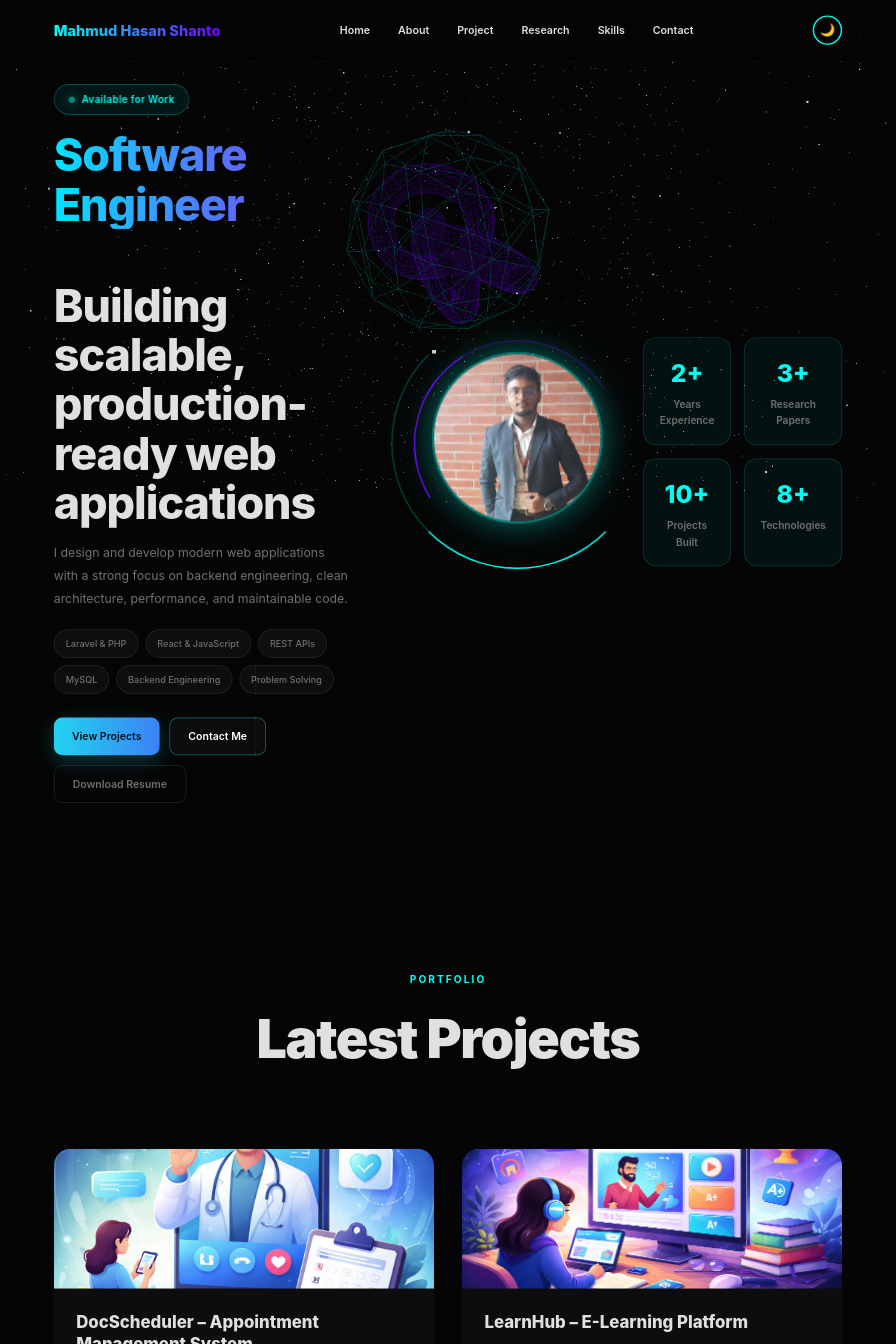
Repository: CoderShanto/Portfolio-Website
Page: index.html
An editor plug-in stored every save of this project. The page is shown before and after the next save, followed by the edit.
The browser window is 1280 px wide. The pictures show the part of the page from y = 0 to 1920 px (the page is 6463 px tall), at 70% of full size.

Above is the page before, as saved 2026-03-31 03:53:04.

### index.html
<!DOCTYPE html>
<html lang="en">

<head>
    <meta charset="UTF-8">
    <meta name="viewport" content="width=device-width, initial-scale=1.0">
    <title>Mahmud Hasan Shanto - Portfolio</title>
    <link rel="stylesheet" href="style.css">
</head>

<body data-theme="dark">

    <canvas id="bg-canvas"></canvas>

    <nav>
        <div class="logo">Mahmud Hasan Shanto</div>
        <ul class="menu">
            <li><a href="#home">Home</a></li>
            <li><a href="#about">About</a></li>
            <li><a href="#work">Project</a></li>
            <li><a href="#research">Research</a></li>
            <li><a href="#skills">Skills</a></li>
            <li><a href="#contact">Contact</a></li>
        </ul>
        <button class="theme-toggle" onclick="switchTheme()">🌙</button>
    </nav>

    <!-- ─── HERO ─── -->
    <section class="hero" id="home">
        <div class="hero-container">

            <!-- LEFT: text -->
            <div class="hero-left">
                <p class="hero-badge">
                    <span class="badge-dot"></span> Available for Work
                </p>

                <h1 class="hero-title">
                    <span class="gradient-text">Software Engineer</span><br>
                    Building scalable, production-ready web applications
                </h1>

                <p class="hero-description">
                    I design and develop modern web applications with a strong focus on backend
                    engineering, clean architecture, performance, and maintainable code.
                </p>

                <div class="hero-tags">
                    <span>Laravel & PHP</span>
                    <span>React & JavaScript</span>
                    <span>REST APIs</span>
                    <span>MySQL</span>
                    <span>Backend Engineering</span>
                    <span>Problem Solving</span>
                </div>

                <div class="hero-buttons">
                    <a href="#work" class="btn btn-primary">View Projects</a>
                    <a href="#contact" class="btn btn-secondary">Contact Me</a>
                    <a href="./mahmud-hasan-shanto-cv.pdf" class="btn btn-outline"
                        download="Mahmud_Hasan_Shanto_CV.pdf">
                        Download Resume
                    </a>
                </div>
            </div>

            <!-- RIGHT: profile image -->
            <div class="hero-right">
                <div class="hero-img-wrapper">
                    <div class="hero-img-ring hero-img-ring--outer"></div>
                    <div class="hero-img-ring hero-img-ring--inner"></div>
                    <img src="assets/ss.jpg" alt="Mahmud Hasan Shanto" class="hero-profile-img">
                    <div class="hero-img-glow"></div>
                </div>
            </div>

        </div>
        <div class="profile-stats">
            <div class="stat-card">
                <div class="stat-number">2+</div>
                <div class="stat-label">Years Experience</div>
            </div>
            <div class="stat-card">
                <div class="stat-number">3+</div>
                <div class="stat-label">Research Papers</div>
            </div>
            <div class="stat-card">
                <div class="stat-number">10+</div>
                <div class="stat-label">Projects Built</div>
            </div>
            <div class="stat-card">
                <div class="stat-number">8+</div>
                <div class="stat-label">Technologies</div>
            </div>
        </div>
    </section>

    <!-- ─── ABOUT ─── -->
    <!-- <section id="about">
        <div class="section-top reveal">
            <div class="section-label">Profile</div>
            <h2 class="section-heading">About Me</h2>
        </div>
        <div class="profile-container reveal">
            <div class="profile-image-container">
                <img src="assets/ss.jpg" alt="Mahmud Hasan Shanto" class="profile-image">
                <div class="profile-badge">Available for Work</div>
            </div>
            <div class="profile-content">
                <h3 class="profile-title">Mahmud Hasan Shanto</h3>
                <div class="profile-subtitle">Software Engineer & AI Researcher</div>
                <p class="profile-description">
                    I'm a software engineer focused on building scalable, production-ready applications
                    across modern web stacks. I've developed full-stack systems including an LMS and
                    e-commerce platforms using Laravel and React, as well as a MERN-based doctor
                    appointment system with role-based access and real-time workflows.
                </p>
                <p class="profile-description">
                    Alongside engineering, I actively engage in research at the intersection of
                    artificial intelligence, healthcare, and blockchain-based data security. My work
                    explores LLM applications in healthcare systems, secure data sharing, and
                    trustworthy system design.
                </p>
                <div class="profile-stats">
                    <div class="stat-card">
                        <div class="stat-number">2+</div>
                        <div class="stat-label">Years Experience</div>
                    </div>
                    <div class="stat-card">
                        <div class="stat-number">3+</div>
                        <div class="stat-label">Research Papers</div>
                    </div>
                    <div class="stat-card">
                        <div class="stat-number">10+</div>
                        <div class="stat-label">Projects Built</div>
                    </div>
                    <div class="stat-card">
                        <div class="stat-number">8+</div>
                        <div class="stat-label">Technologies</div>
                    </div>
                </div>
            </div>
        </div>
    </section> -->

    <!-- ─── PROJECTS ─── -->
    <section id="work">
        <div class="section-top reveal">
            <div class="section-label">Portfolio</div>
            <h2 class="section-heading">Latest Projects</h2>
        </div>
        <div class="grid">

            <div class="card reveal">
                <div class="card-visual">
                    <img src="assets/s.jpg" alt="DocScheduler Project" class="card-img">
                </div>
                <div class="card-body">
                    <h3>DocScheduler – Appointment Management System</h3>
                    <p class="card-desc">Smart doctor appointment system with scheduling automation, role-based
                        dashboards and scalable backend architecture.</p>
                    <div class="tags">
                        <span class="tag">MongoDB</span>
                        <span class="tag">Express.js</span>
                        <span class="tag">React.js</span>
                        <span class="tag">Node.js</span>
                    </div>
                    <div class="card-actions">
                        <a href="https://docscheduler-appointment-management-68ha.onrender.com/" target="_blank"
                            class="card-btn card-btn--primary">Live</a>
                        <a href="https://github.com/CoderShanto/DocScheduler-Appointment-Management-System"
                            target="_blank" class="card-btn card-btn--ghost">Code</a>
                    </div>
                </div>
            </div>

            <div class="card reveal">
                <div class="card-visual">
                    <img src="assets/e.jpg" alt="LearnHub Project" class="card-img">
                </div>
                <div class="card-body">
                    <h3>LearnHub – E-Learning Platform</h3>
                    <p>Interactive e-learning platform with personalized learning paths, real-time collaboration tools,
                        and a scalable backend architecture.</p>
                    <div class="tags">
                        <span class="tag">MySQL</span>
                        <span class="tag">Laravel</span>
                        <span class="tag">React</span>
                    </div>
                    <div class="card-actions">
                        <a href="https://edu-verse-inky.vercel.app/" target="_blank"
                            class="card-btn card-btn--primary">Live</a>
                        <a href="https://github.com/CoderShanto/EduVerse/tree/main" target="_blank"
                            class="card-btn card-btn--ghost">Code</a>
                    </div>
                </div>
            </div>

            <div class="card reveal">
                <div class="card-visual">
                    <img src="assets/assetflow.png" alt="AssetFlow Management System" class="card-img">
                </div>
                <div class="card-body">
                    <h3>AssetFlow – Asset Management System</h3>
                    <p>Full-stack asset management system with role-based access, secure JWT authentication, and
                        real-time dashboard analytics.</p>
                    <div class="tags">
                        <span class="tag">Spring Boot</span>
                        <span class="tag">PostgreSQL</span>
                        <span class="tag">React</span>
                        <span class="tag">JWT</span>
                    </div>
                    <div class="card-actions">
                        <a href="https://assetflow-management-system.vercel.app/" target="_blank"
                            class="card-btn card-btn--primary">Live</a>
                        <a href="https://github.com/CoderShanto/assetflow-management-system" target="_blank"
                            class="card-btn card-btn--ghost">Code</a>
                    </div>
                </div>
            </div>

            <div class="card reveal">
                <div class="card-visual">
                    <img src="assets/c.jpg" alt="ShopSphere Project" class="card-img">
                </div>
                <div class="card-body">
                    <h3>ShopSphere – E-Commerce Platform</h3>
                    <p>Full-featured e-commerce platform with product management, secure payments, real-time order
                        tracking, and a scalable backend architecture.</p>
                    <div class="tags">
                        <span class="tag">MySQL</span>
                        <span class="tag">Laravel</span>
                        <span class="tag">React</span>
                    </div>
                    <div class="card-actions">
                        <a href="https://laravel-react-ecommerce-brown.vercel.app/" target="_blank"
                            class="card-btn card-btn--primary">Live</a>
                        <a href="https://github.com/CoderShanto/laravel-react-ecommerce" target="_blank"
                            class="card-btn card-btn--ghost">Code</a>
                    </div>
                </div>
            </div>

        </div>
    </section>

    <!-- ─── RESEARCH ─── -->
    <section id="research">
        <div class="section-top reveal">
            <div class="section-label">Publications</div>
            <h2 class="section-heading">Research</h2>
        </div>
        <div class="research-grid">
            <div class="paper reveal">
                <h3>KG-Mamba: Knowledge Graph Driven Mamba Model For Medical Question Answering</h3>
                <p>KG-Mamba introduces a knowledge graph–driven fine-tuning approach for the Mamba architecture to
                    improve medical question answering by enhancing contextual reasoning and reducing hallucinations.
                </p>
            </div>
            <div class="paper reveal">
                <h3>Security and Privacy in Cloud-Based E-Health System Using Advanced Encryption Standard (AES)</h3>
                <p>Proposed a secure cloud-based e-health framework using AES and ECC to ensure efficient encryption,
                    fine-grained access control, and privacy-preserving management of patient health records.</p>
            </div>
            <div class="paper reveal">
                <h3>Blockchain Based Medical Report Encryption</h3>
                <p>Research project on securing electronic health records using blockchain, homomorphic encryption
                    (Paillier), and smart contracts at United International University.</p>
            </div>
        </div>
    </section>

    <!-- ─── SKILLS ─── -->
    <section id="skills">
        <div class="section-top reveal">
            <div class="section-label">Capabilities</div>
            <h2 class="section-heading">Tech Stack</h2>
        </div>
        <div class="skills-grid">
            <div class="skill-card reveal">
                <span class="skill-emoji">⚡</span>
                <h3>Languages</h3>
                <ul>
                    <li>Java</li>
                    <li>JavaScript</li>
                    <li>C / C++</li>
                    <li>PHP</li>
                    <li>Go / Scala</li>
                </ul>
            </div>
            <div class="skill-card reveal">
                <span class="skill-emoji">🚀</span>
                <h3>Frameworks</h3>
                <ul>
                    <li>Laravel</li>
                    <li>React / Next.js</li>
                    <li>TensorFlow / PyTorch</li>
                    <li>Spring / Express</li>
                </ul>
            </div>
            <div class="skill-card reveal">
                <span class="skill-emoji">☁️</span>
                <h3>Cloud & DevOps</h3>
                <ul>
                    <li>AWS</li>
                    <li>Docker / Kubernetes</li>
                    <li>CI/CD Pipelines</li>
                    <li>Cloudinary</li>
                    <li>Monitoring & Logging</li>
                </ul>
            </div>
            <div class="skill-card reveal">
                <span class="skill-emoji">🔬</span>
                <h3>Research</h3>
                <ul>
                    <li>LLM</li>
                    <li>Artificial Intelligence</li>
                    <li>NLP</li>
                    <li>Distributed Systems</li>
                </ul>
            </div>
        </div>
    </section>

    <!-- ─── CONTACT ─── -->
    <section id="contact">
        <div class="contact-box reveal">
            <div class="section-label">Connect</div>
            <h2 class="gradient-text">Let's Build Together</h2>
            <p>Open to collaborations, exciting projects, and innovative ideas. Let's create something extraordinary.
            </p>
            <a href="mailto:mahmudshanto@example.com" class="btn btn-main">Get In Touch</a>
            <div class="socials">
                <a href="https://github.com/CoderShanto" class="social-btn" title="GitHub">💻</a>
                <a href="https://www.linkedin.com/in/md-mahmud-hasan-shanto-614b37224/" class="social-btn"
                    title="LinkedIn">💼</a>
                <a href="https://x.com/hasan_shan18705" class="social-btn" title="X / Twitter">🐦</a>
                <a href="https://leetcode.com/u/sshanto12344321/" class="social-btn" title="LeetCode">📊</a>
            </div>
        </div>
    </section>

    <script src="https://cdnjs.cloudflare.com/ajax/libs/three.js/r128/three.min.js"></script>
    <script>
        /* ── Theme ── */
        function switchTheme() {
            const theme = document.body.getAttribute('data-theme');
            const next = theme === 'dark' ? 'light' : 'dark';
            document.body.setAttribute('data-theme', next);
            document.querySelector('.theme-toggle').textContent = next === 'dark' ? '🌙' : '☀️';
        }

        /* ── Smooth Scroll ── */
        document.querySelectorAll('a[href^="#"]').forEach(link => {
            link.addEventListener('click', e => {
                e.preventDefault();
                const t = document.querySelector(link.getAttribute('href'));
                if (t) t.scrollIntoView({ behavior: 'smooth' });
            });
        });

        /* ── Three.js Background ── */
        const canvas = document.getElementById('bg-canvas');
        const scene = new THREE.Scene();
        const camera = new THREE.PerspectiveCamera(75, window.innerWidth / window.innerHeight, 0.1, 1000);
        const renderer = new THREE.WebGLRenderer({ canvas, alpha: true });
        renderer.setSize(window.innerWidth, window.innerHeight);
        camera.position.z = 50;

        const icoGeo = new THREE.IcosahedronGeometry(15, 1);
        const icoMat = new THREE.MeshBasicMaterial({ color: 0x00fff2, wireframe: true, transparent: true, opacity: 0.12 });
        const ico = new THREE.Mesh(icoGeo, icoMat);
        scene.add(ico);

        const torusGeo = new THREE.TorusKnotGeometry(8, 2, 100, 16);
        const torusMat = new THREE.MeshBasicMaterial({ color: 0x7000ff, wireframe: true, transparent: true, opacity: 0.09 });
        const torus = new THREE.Mesh(torusGeo, torusMat);
        scene.add(torus);

        const starsGeo = new THREE.BufferGeometry();
        const starCount = 3000;
        const positions = new Float32Array(starCount * 3);
        for (let i = 0; i < starCount * 3; i++) positions[i] = (Math.random() - 0.5) * 200;
        starsGeo.setAttribute('position', new THREE.BufferAttribute(positions, 3));
        const starsMat = new THREE.PointsMaterial({ color: 0xffffff, size: 0.15, transparent: true, opacity: 0.8 });
        const stars = new THREE.Points(starsGeo, starsMat);
        scene.add(stars);

        let time = 0;
        function animate() {
            requestAnimationFrame(animate);
            time += 0.01;
            ico.rotation.x += 0.002; ico.rotation.y += 0.003;
            torus.rotation.x += 0.003; torus.rotation.y -= 0.002; torus.rotation.z += 0.001;
            ico.position.y = Math.sin(time * 0.5) * 3;
            torus.position.y = Math.cos(time * 0.5) * 2;
            stars.rotation.y += 0.0002; stars.rotation.x += 0.0001;
            renderer.render(scene, camera);
        }
        animate();

        window.addEventListener('resize', () => {
            camera.aspect = window.innerWidth / window.innerHeight;
            camera.updateProjectionMatrix();
            renderer.setSize(window.innerWidth, window.innerHeight);
        });

        /* ── Scroll Reveal ── */
        const revealObserver = new IntersectionObserver(entries => {
            entries.forEach(e => { if (e.isIntersecting) e.target.classList.add('show'); });
        }, { threshold: 0.1 });
        document.querySelectorAll('.reveal').forEach(el => revealObserver.observe(el));
    </script>
</body>

</html>

Loaded but not shown: style.css (901 lines, source omitted)

After the next save:
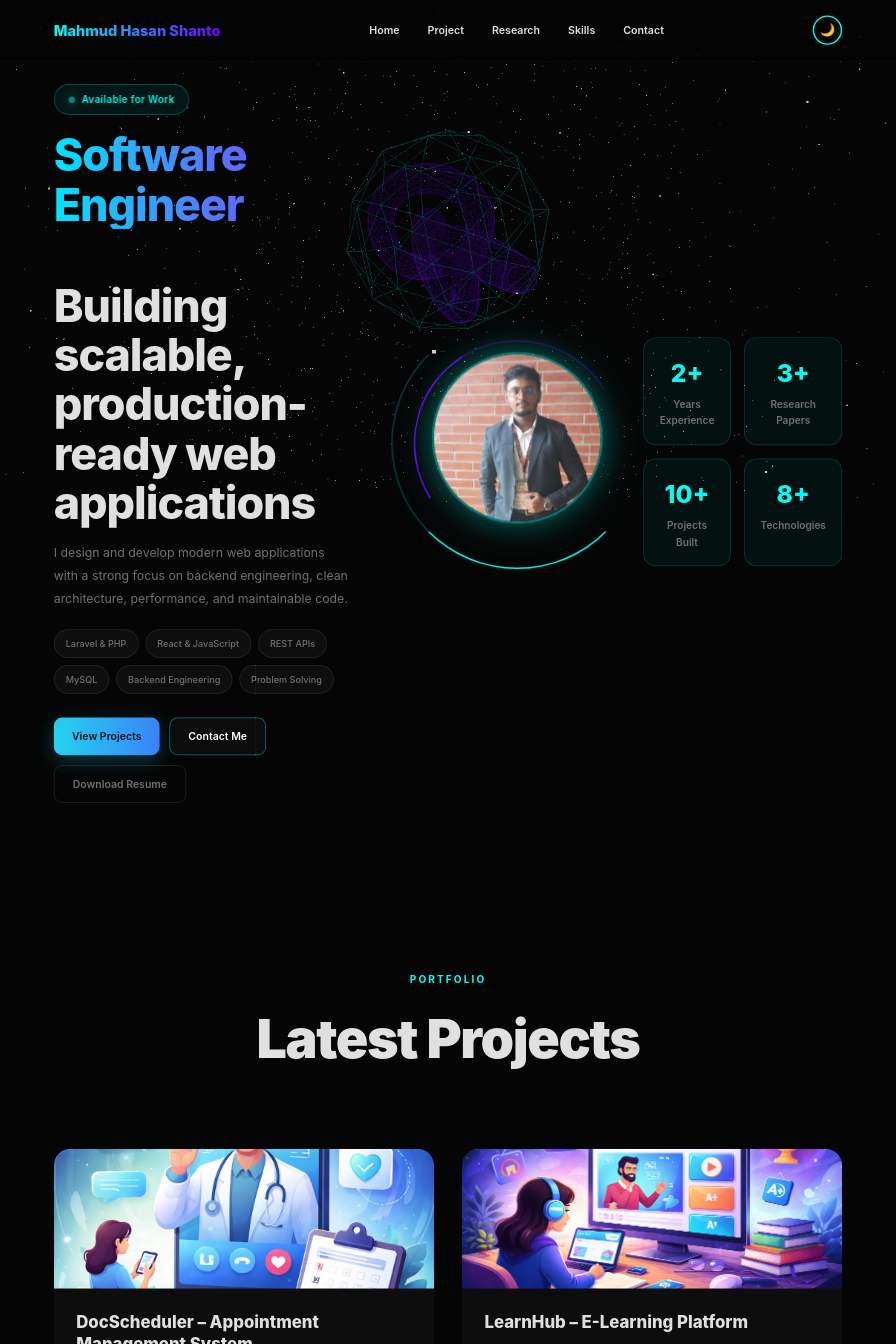
Saved 18 s later.
--- a/index.html
+++ b/index.html
@@ -16,7 +16,7 @@
         <div class="logo">Mahmud Hasan Shanto</div>
         <ul class="menu">
             <li><a href="#home">Home</a></li>
-            <li><a href="#about">About</a></li>
+            <!-- <li><a href="#about">About</a></li> -->
             <li><a href="#work">Project</a></li>
             <li><a href="#research">Research</a></li>
             <li><a href="#skills">Skills</a></li>
